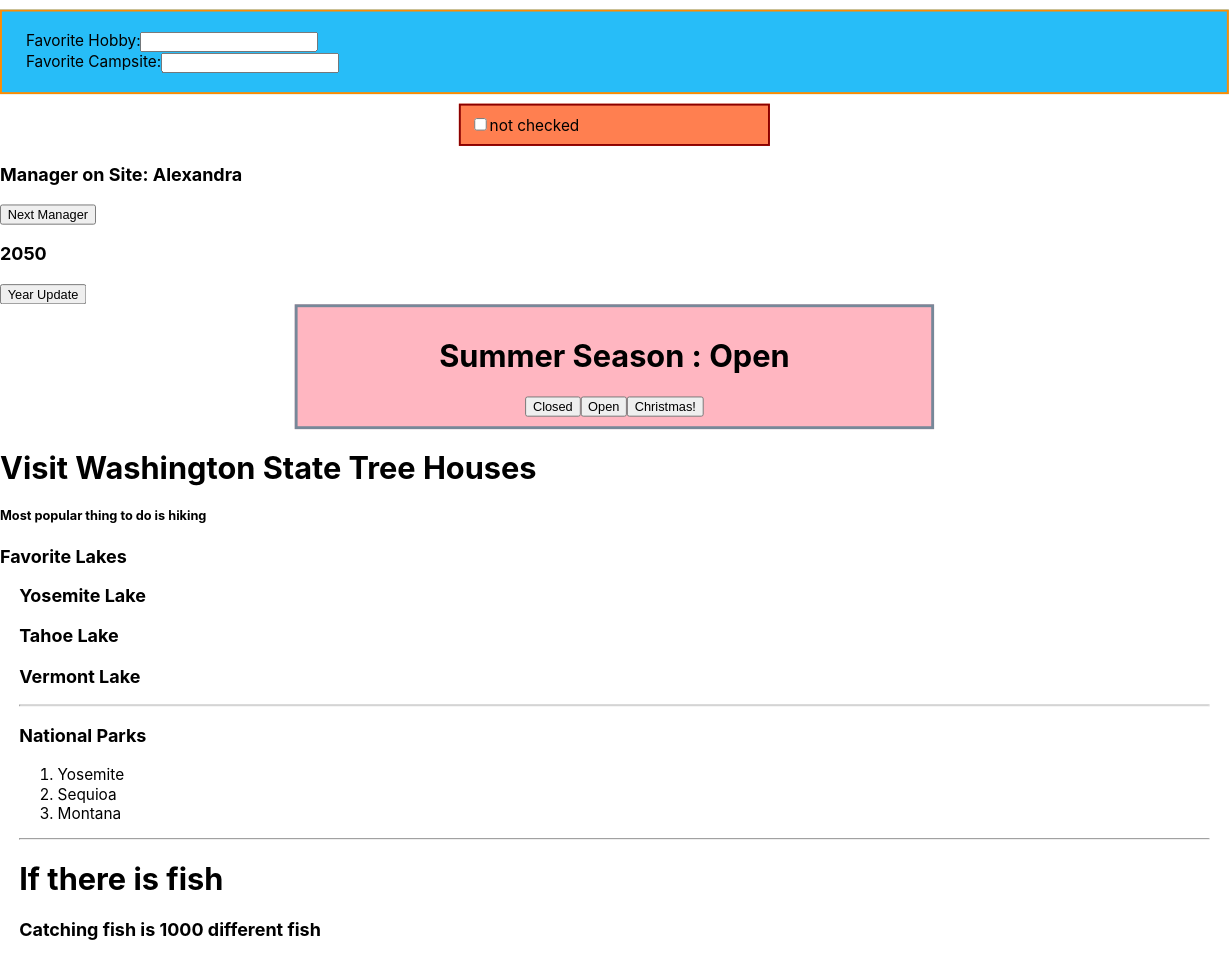
Repository: CaptainStorm21/intro-react-hooks
Page: /
An editor plug-in stored every save of this project. The page is shown before and after the next save, followed by the edit.
The browser window is 1280 px wide. The pictures show the whole page, at 96% of full size.
The project was rebuilt for these pictures with package versions that can differ from the ones it lists, and the page was loaded fresh each time. Also part of the build but not shown: src/App.css.

Above is the page before, as saved 2020-05-27 22:01:17.

After the next save:
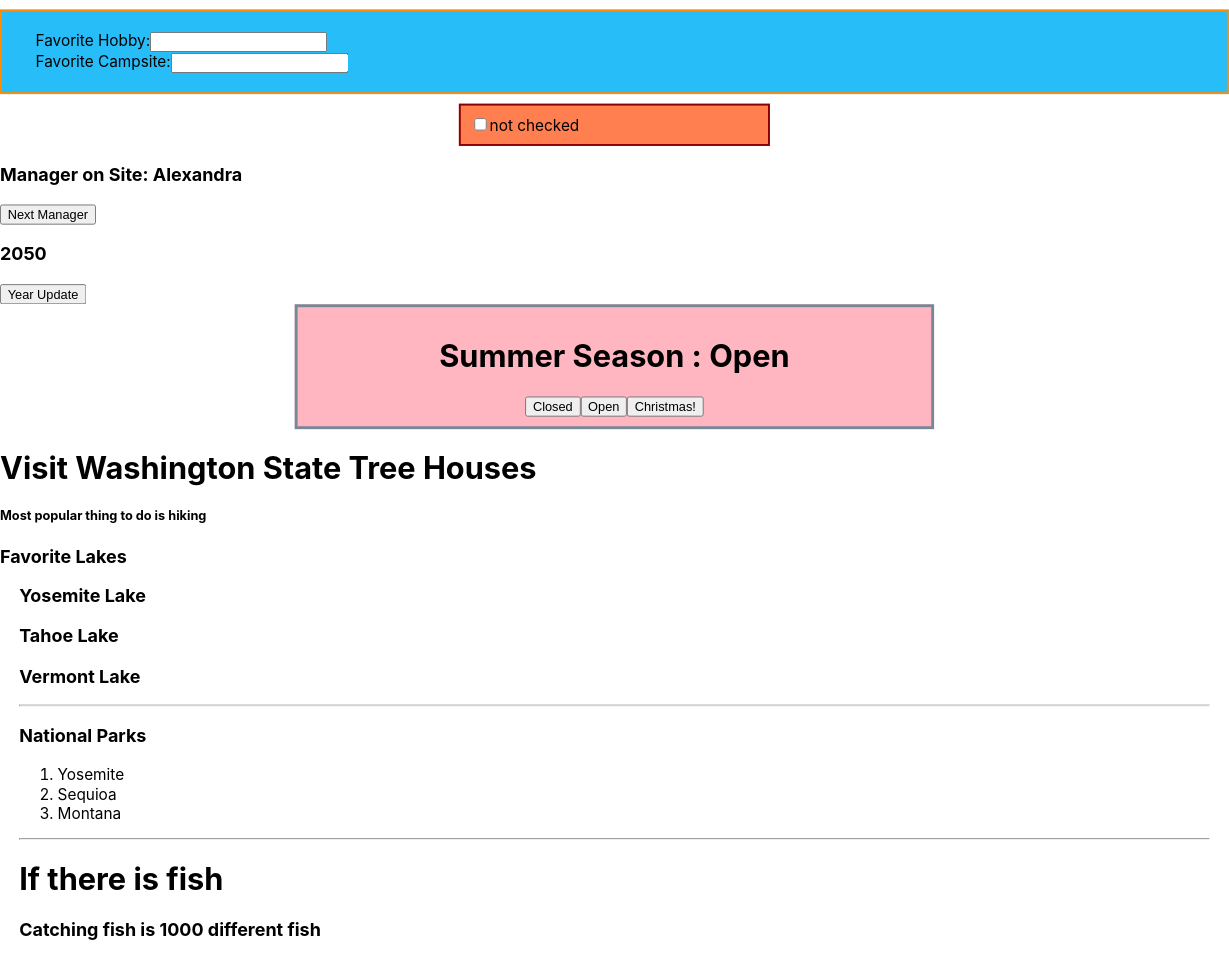
Saved 8 s later.
--- a/src/index.css
+++ b/src/index.css
@@ -27,7 +27,7 @@ code {
 }
 
 label{
-  padding-left: 5px;
+  padding-left: 15px;
   padding-right: 5px;
 }
 .blue-div{
